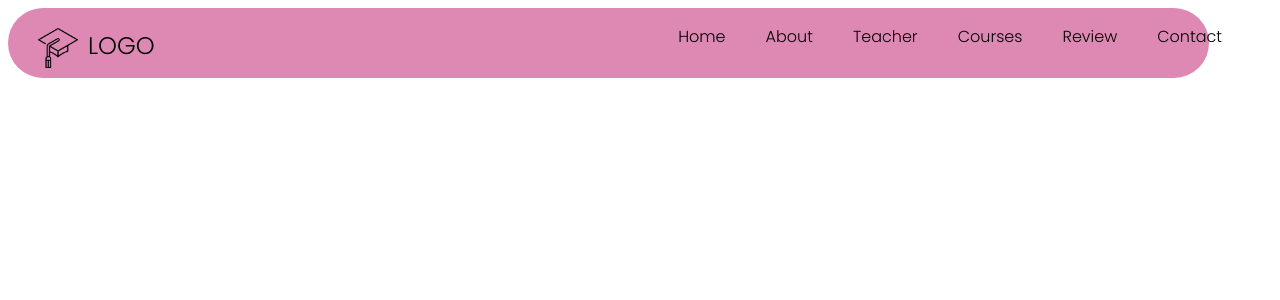
Repository: MrHadSheanas/First-Responsive_Design-Web
Page: index.html
An editor plug-in stored every save of this project. The page is shown before and after a run of saves, followed by the edit.
The browser window is 1280 px wide. The pictures show the whole page.
Some web fonts or font styles are not loaded; a fallback is used. Some web libraries are served in a nearby version.

Above is the page before, as saved 2025-09-07 22:02:23.

### index.html
<!DOCTYPE html>
<html lang="en">
<head>
   <meta charset="UTF-8">
   <meta name="viewport" content="width=device-width, initial-scale=1.0">
   <title>Document</title>
   <link rel="stylesheet" href="https://cdnjs.cloudflare.com/ajax/libs/font-awesome/7.0.1/css/all.min.css">
   <link rel="stylesheet" href="style.css">
   <link rel="stylesheet" href="app.js">
   <link rel="stylesheet" href="">


</head>
<body>
   <nav class="navbor">
      <div class="logo">
         <img id="logo" src="img/mortarboard.png" alt="">
         <h2>LOGO</h2>
         <img id="menu1" src="img/menu-bar.png" alt="">
      </div>


      <ul class="nav-links">
         <ol>Home</ol>
         <ol>About</ol>
         <ol>Teacher</ol>
         <ol>Courses</ol>
         <ol>Review</ol>
         <ol>Contact</ol>
   </nav>

</body>
</html>

### style.css
@import url('https://fonts.googleapis.com/css2?family=Amiri:ital,wght@0,400;0,700;1,400;1,700&family=Anton&family=Montagu+Slab:opsz,wght@16..144,100..700&family=Poppins:ital,wght@0,100;0,200;0,300;0,400;0,500;0,600;0,700;0,800;0,900;1,100;1,200;1,300;1,400;1,500;1,600;1,700;1,800;1,900&family=Roboto:ital,wght@0,100..900;1,100..900&display=swap');

*{
    font-family: "Poppins", sans-serif;
  font-weight: 300;
  font-style: normal;
}
narb
body{
    margin: 0;
    padding: 0;
    width: 100%;
    box-sizing: border-box;
    background: #f2f2f2;
}
header{
    width: 100%;
    height: 100vh;
    background: url(images/bg.jpg);
    background-size: cover;
    background-position: center;
    position: relative;
}
#logo{
   width: 40px;
   height:40px;
   position:relative;
   top: 0px;
   left: 10px;
   padding: 20px;
}
.logo{
   display: flex;
   width:95%;
   height: 70px;
   background: rgba(187, 20, 107, 0.5);
   margin-top:5px;
   border-radius: 100px;



}
.nav-links{
   display: flex;
   justify-content:end;
   position: relative;
   top: -70px;
   right: 50px;

}
li{
   margin: 10px;

}
#menu1{
   display: none;
}

@media  (max-width: 780px){
   .nav-links{
      display: none;
   }
   .logo{
      margin-left: 20px;
   }
   #menu1{
      display: block;
      position: relative;
      top: 15px;
      left: 65%;
      margin-right: 10px;
      width: 40px;;
      height: 40px;

   }


}
@media screen and (max-width: 600px){
   .logo{
      width: 100%;
      height: 50px;
      margin-left: 10px;
      border-radius: 40px;
      margin-left: 10px;
   }
   #menu1{
      left:65%;
      width: 30px;
      height: 30px;

   }
   .logo h2{
      height: 40px;
      border-radius: 10px;
      padding: 0%;
      position: relative;
      top: -10px;
      left: 20px;
      display: flex;


   }
   .logo{
      padding: 0px;
   }
   #logo{
      width: 30px;
      height: 30px;
      padding: 10px;
   }
}
@media   (max-width: 400px){
   #menu1{
      left:60;
      width: 25px;
      height: 25px;
   }


}

Loaded but not shown: app.js (no copy from this time; the picture is the same without it)

After the next 6 saves:
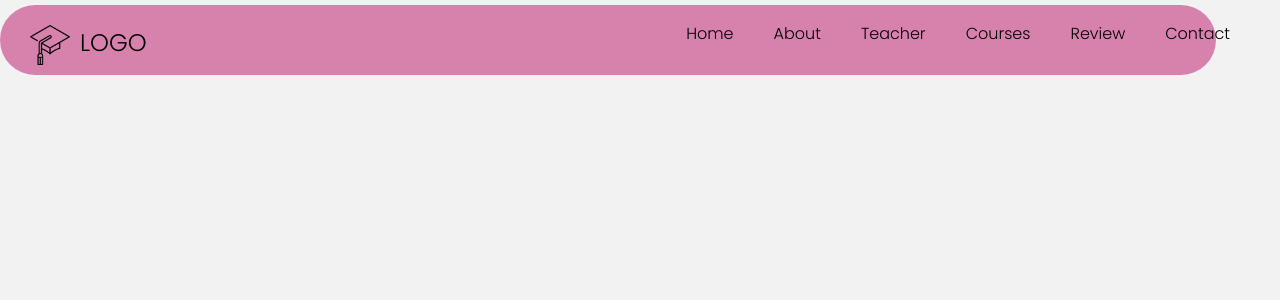
The 6 saves are shown as one change because they came seconds apart.
The last was saved 8 s later.
--- a/style.css
+++ b/style.css
@@ -5,7 +5,9 @@
   font-weight: 300;
   font-style: normal;
 }
-narb
+narbar{
+   width: 100%;
+}
 body{
     margin: 0;
     padding: 0;
